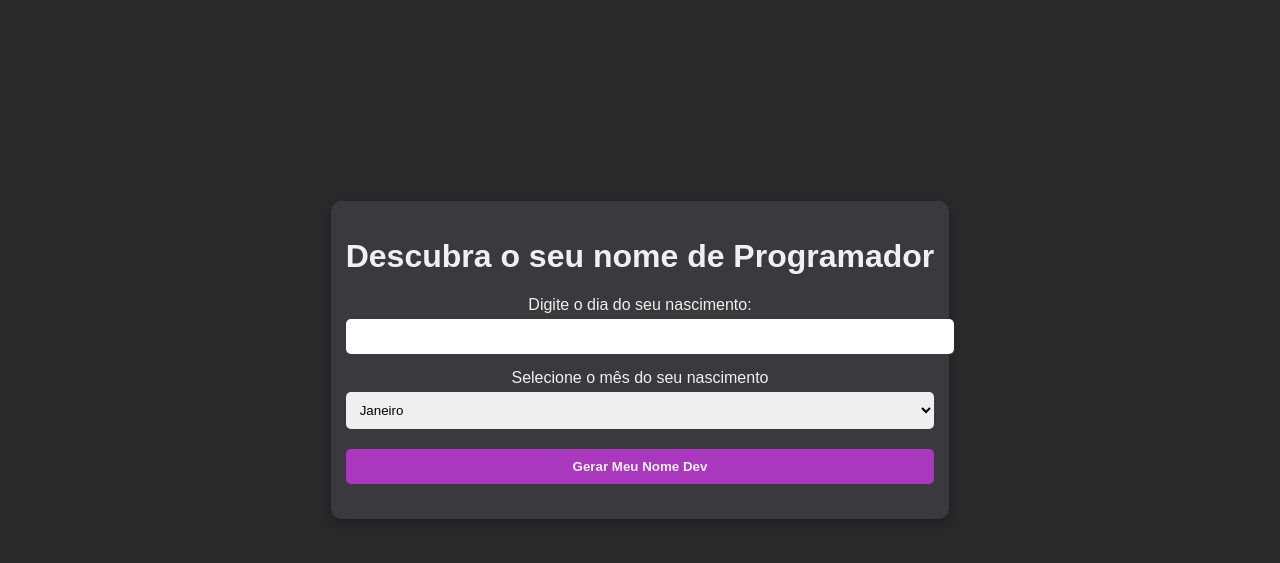
Repository: analessp/seu-nome-dev
Page: index.html
The author's editor kept a copy of each file at every save. The page is drawn from the files as they stood at one save, then again after the next save.
The browser window is 1280 px wide. The pictures show the whole page.

Above is the page before, as saved 2025-05-13 11:19:06.

### index.html
<!DOCTYPE html>
<html lang="pt-BR">
<head>
    <meta charset="UTF-8">
    <meta name="viewport" content="width=device-width, initial-scale=1.0">
    <title>Seu Nome Dev</title>
    <link rel="stylesheet" href="styles.css">
</head>
<body>
    <div class="container">
        <h1>Descubra o seu nome de Programador</h1>
        <div class="form-group">
            <label for="dia">Digite o dia do seu nascimento:</label>
            <input type="number" id="dia" min="1" max="31">
        </div>
        <div class="form-group">
            <label for="mes">Selecione o mês do seu nascimento</label>
            <select id="mes">
                <option value="1">Janeiro</option>
                <option value="2">Fevereiro</option>
                <option value="3">Março</option>
                <option value="4">Abril</option>
                <option value="5">Maio</option>
                <option value="6">Junho</option>
                <option value="7">Julho</option>
                <option value="8">Agosto</option>
                <option value="9">Setembro</option>
                <option value="10">Outubro</option>
                <option value="11">Novembro</option>
                <option value="12">Dezembro</option>
            </select>
        </div>
        <button onclick="gerarNomeDev()">Gerar Meu Nome Dev</button>
        <div class="resultado" id="resultado"></div>
    </div>
    <script src="app.js"></script>
</body>
</html>

### styles.css
body {
    background-color: #2a2a2a;
    color: #f0f0f0;
    font-family: "Nunito", sans-serif;
    display: flex;
    justify-content: center;
    align-items: center;
    height: 100vh;
    margin: 0;
}

.container {
    background-color: #3a3a3e;
    padding: 15px;
    border-radius: 10px;
    box-shadow: 0px 5px 15px rgba(0, 0, 0, 0.3);
    text-align: center;
}

.form-group {
    margin-bottom: 15px;
}

input, select, button {
    cursor: pointer;
    padding: 10px;
    margin-top: 5px;
    width: 100%;
    border-radius: 5px;
    border: none;
    outline: none;
}

button {
    background-color: #aa38be;
    color: #f0f0f0;
    font-weight: bold;
    transition: background-color 0.3s;
}

button:hover {
    background-color: #e27cd3;
}

.resultado {
    margin-top: 20px;
    font-size: 1.2rem;
    font-weight: bold;
    color: #8a2aba;
}

### app.js
function gerarNomeDev() {
    const dia = parseInt(document.getElementById("dia").value);
    const mes = parseInt(document.getElementById("mes").value);
    const resultado = document.getElementById("resultado");

    if (isNaN(dia) || dia < 1 || dia > 31) {
        resultado.textContent = "Insira um dia válido.";
        return;
    }

    const títulos = {
    1: "Desenvolvedor(a)",
    2: "Desenvolvedor(a)",
    3: "Programador(a)",
    4: "Programador(a)",
    5: "Programador(a)",
    6: "Estagiário(a)",
    7: "Estagiário(a)",
    8: "EEstagiário(a)",
    9: "Sênior",
    0: "Sênior",
};

const meses = {
    1: "bugado(a)",
    2: "do CTRL C, CTRL V",
    3: "das gambiarras",
    4: "que culpa o cache",
    5: "que esquece o que faz",
    6: "do git vazio",
    7: "das try/ catch vazia",
    8: "famosinho do LinkedIn",
    9: "caçador de bugs",
    10: "do Windows Pirata",
    11: "do update sem where",
    12: "do commit bugado",
};

const ultimoDigito = dia % 10;
const titulo = títulos[ultimoDigito];
const mesTexto = meses[mes];

resultado.textContent = `${titulo} ${mesTexto}`;

}

After the next save:
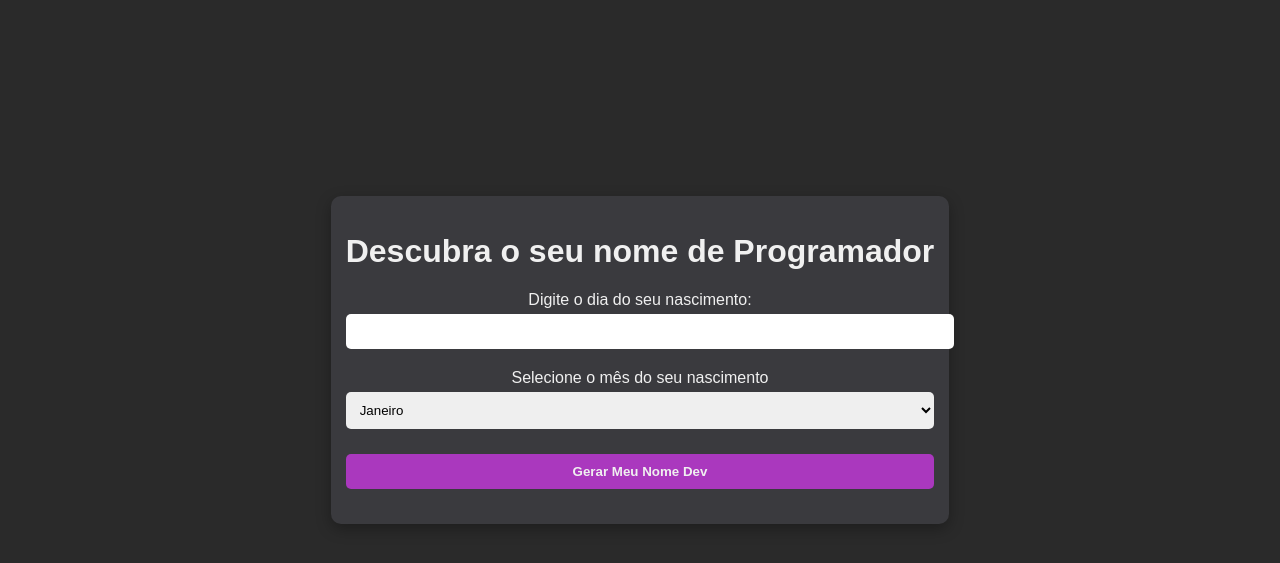
Saved 17 s later.
--- a/styles.css
+++ b/styles.css
@@ -18,7 +18,7 @@
 }
 
 .form-group {
-    margin-bottom: 15px;
+    margin-bottom: 20px;
 }
 
 input, select, button {

After the save that followed:
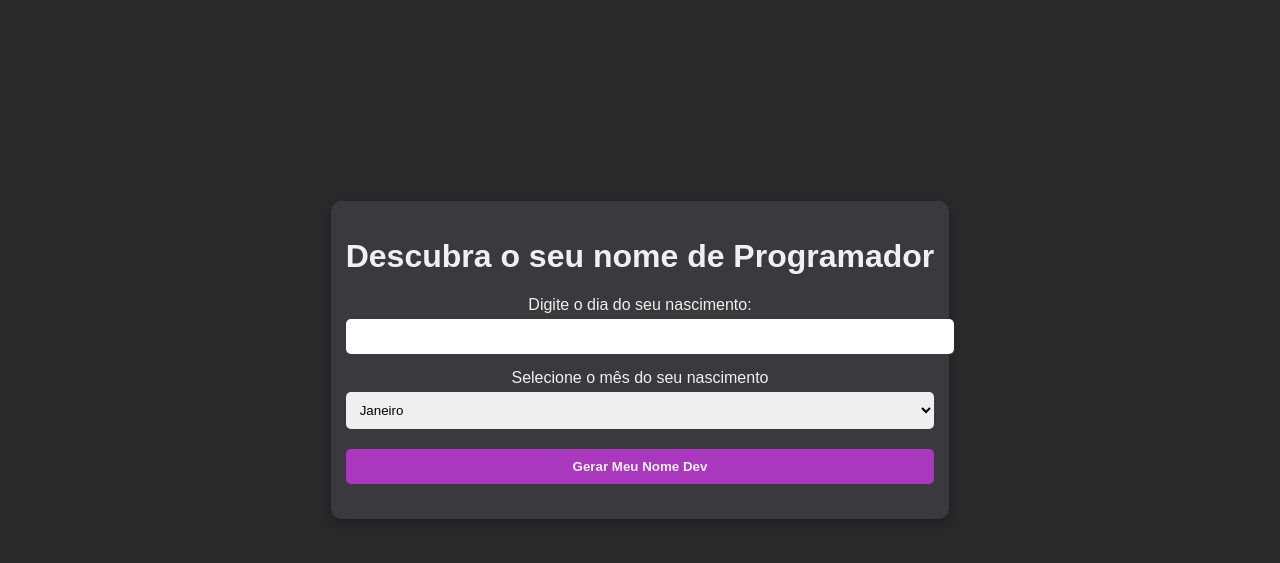
Saved 5 s later.
--- a/styles.css
+++ b/styles.css
@@ -18,7 +18,7 @@
 }
 
 .form-group {
-    margin-bottom: 20px;
+    margin-bottom: 15px;
 }
 
 input, select, button {
